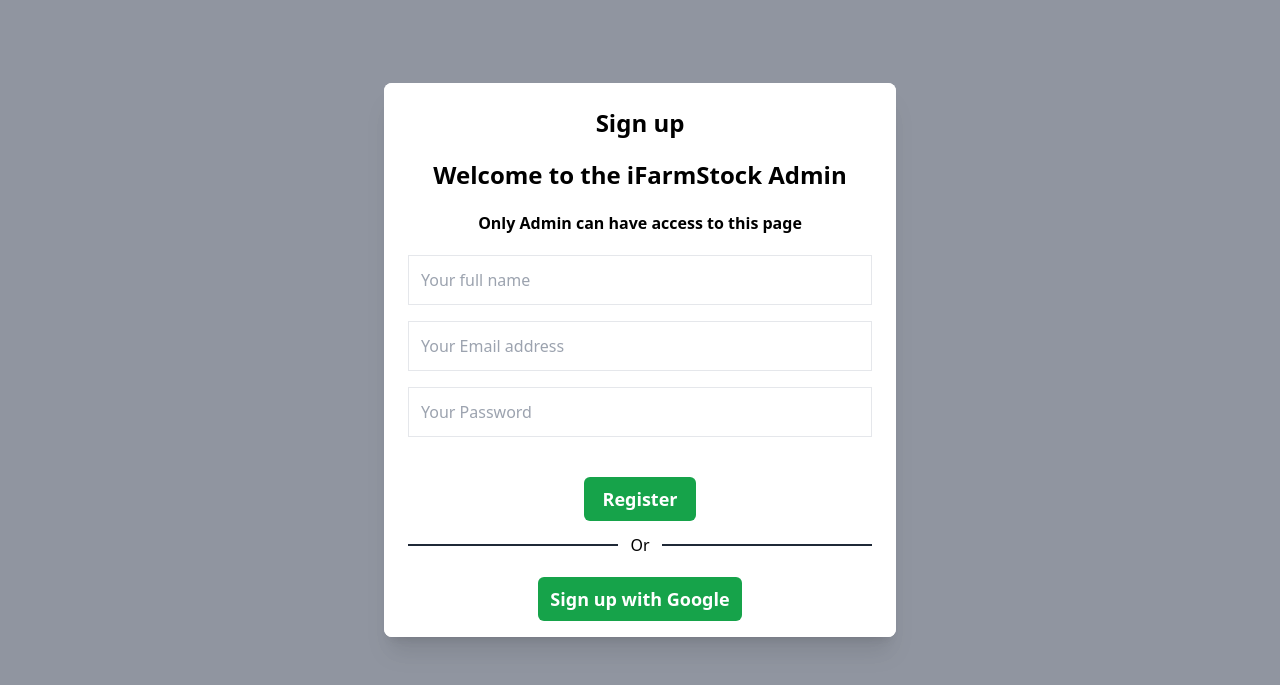
Repository: IssaMuiz/ifarmstock-admin
Page: /signup
An editor plug-in stored every save of this project. The page is shown before and after a run of saves, followed by the edit.
The browser window is 1280 px wide. The pictures show the whole page.
The project was rebuilt for these pictures with package versions that can differ from the ones it lists, and the page was loaded fresh each time. The framework's server and built-in components were replaced by stand-ins that run in the browser. Also part of the build but not shown: next.config.mjs, components/spinner.tsx.

Above is the page before, as saved 2024-09-28 04:34:07.

### app/layout.tsx
import type { Metadata } from "next";
import localFont from "next/font/local";
import "./globals.css";
import ClientSessionProvider from "../components/clientSessionProvider";


const geistSans = localFont({
  src: "./fonts/GeistVF.woff",
  variable: "--font-geist-sans",
  weight: "100 900",
});
const geistMono = localFont({
  src: "./fonts/GeistMonoVF.woff",
  variable: "--font-geist-mono",
  weight: "100 900",
});

export const metadata: Metadata = {
  title: "iFarmStock-admin",
  description: "Generated by create next app",
};

export default function RootLayout({
  children,
}: Readonly<{
  children: React.ReactNode;
}>) {
  return (
    <html lang="en">
      <body
        className={`${geistSans.variable} ${geistMono.variable} antialiased`}
      >
        <ClientSessionProvider>{children}</ClientSessionProvider>
      </body>
    </html>
  );
}

### app/signup/page.tsx
/* eslint-disable @typescript-eslint/no-explicit-any */
"use client";
import { signIn } from "next-auth/react";

import { useState } from "react";
import axios from "axios";
import { useRouter } from "next/navigation";
import Spinner from "@/components/spinner";

const Signup = () => {
  const [loading, setLoading] = useState(false);
  const [error, setError] = useState("");
  const [user, setUser] = useState({
    name: "",
    email: "",
    password: "",
  });
  const router = useRouter();

  const handleInputChange = (e: any) => {
    const { name, value } = e.target;
    setError("");
    return setUser((prevInfo) => ({ ...prevInfo, [name]: value }));
  };

  const handleSubmit = async (e: any) => {
    e.preventDefault();
    setLoading(true);
    console.log(user);

    try {
      if (!user.name || !user.email || !user.password) {
        setError("Please fill the required fields");
        return;
      }

      const emailRegex = /^([a-zA-Z0-9._%-]+@[a-zA-Z0-9.-]+\.[a-zA-Z]{2,})$/;
      if (!emailRegex.test(user.email)) {
        setError("Invalid email id");
        return;
      }

      const res = await axios.post("/api/register", user);
      console.log(res.data);

      if (res.status == 200 || res.status == 201) {
        console.log("user added successfuly");
        setError("");
        router.push("/");
      }
    } catch (error: any) {
      console.log(error.response ? error.response.data : error.message);

      setError(error.response.data.error);
    } finally {
      setLoading(false);
      setUser({
        name: "",
        email: "",
        password: "",
      });
    }
  };
  return (
    <main>
      <div
        className="relative z-10"
        aria-labelledby="modal-title"
        role="dialog"
        aria-modal="true"
      >
        <div
          className="fixed inset-0 bg-gray-500 bg-opacity-75 transition-opacity"
          aria-hidden="true"
        ></div>

        <div className="fixed inset-0 z-10 w-screen overflow-y-auto">
          <div className="flex min-h-full items-center justify-center p-4 text-center sm:items-center sm:p-0">
            <div className="relative transform overflow-hidden rounded-lg bg-white text-left shadow-xl transition-all sm:my-8 sm:w-full sm:max-w-lg">
              <div className="bg-white px-4 pb-4 pt-5 sm:p-6 sm:pb-4 flex flex-col ">
                <h1 className="text-2xl font-bold mb-5 text-center">Sign up</h1>
                <h1 className="text-2xl font-bold mb-5 text-center">
                  Welcome to the iFarmStock Admin
                </h1>
                <p className="text-md font-semibold mb-5 text-center">
                  Only Admin can have access to this page
                </p>

                <form
                  className="flex flex-col gap-4"
                  onSubmit={handleSubmit}
                  action=""
                >
                  <input
                    className="border p-3 w-full"
                    name="name"
                    value={user.name}
                    onChange={handleInputChange}
                    type="text"
                    placeholder="Your full name"
                  />
                  <input
                    className="border p-3 w-full"
                    onChange={handleInputChange}
                    name="email"
                    value={user.email}
                    type="email"
                    placeholder="Your Email address"
                  />
                  <input
                    className="border p-3 w-full"
                    onChange={handleInputChange}
                    name="password"
                    value={user.password}
                    type={"password"}
                    placeholder="Your Password"
                  />
                  <div className="text-center">
                    {error && <p className="text-red-500"> {error}</p>}
                  </div>
                  <div className="mx-auto">
                    <button
                      type="submit"
                      className="bg-green-600 w-28 h-11 text-white text-lg rounded-md font-semibold mt-2 hover:bg-green-700"
                    >
                      {loading ? <Spinner /> : "Register"}
                    </button>
                  </div>
                </form>
                <div className="flex justify-center items-center w-full gap-3 py-3">
                  <hr className="border border-gray-800 w-full"></hr>
                  <div className="">Or</div>
                  <hr className="border border-gray-800 w-full"></hr>
                </div>
                <button
                  onClick={() => signIn("google")}
                  className="bg-green-600 w-max p-2 text-white text-lg rounded-md font-semibold mx-auto mt-2 hover:bg-green-700 px-3 hover:shadow-lg"
                >
                  Sign up with Google
                </button>
              </div>
            </div>
          </div>
        </div>
      </div>
    </main>
  );
};

export default Signup;

### components/clientSessionProvider.tsx
"use client";

import { SessionProvider } from "next-auth/react";
import { ReactNode } from "react";

export default function ClientSessionProvider({
  children,
}: {
  children: ReactNode;
}) {
  return <SessionProvider>{children}</SessionProvider>;
}

Loaded but not shown: app/globals.css (common file); tailwind.config.ts (common file)

After the next 3 saves:
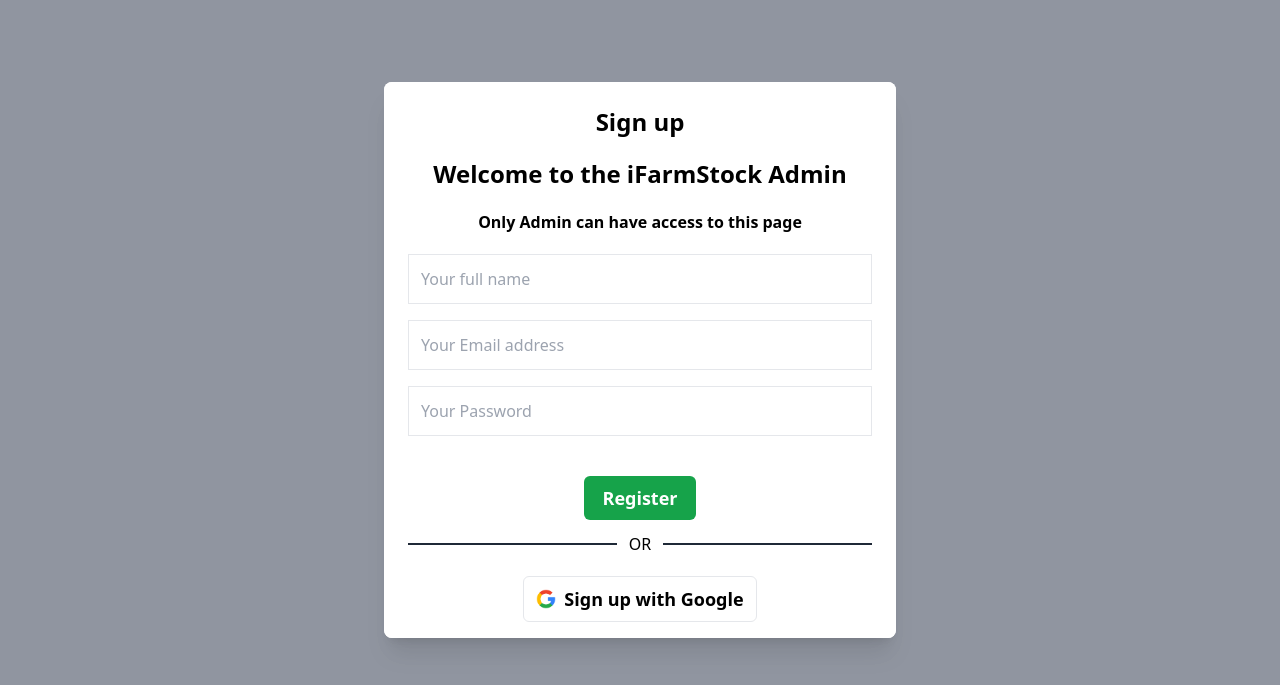
The 3 saves are shown as one change because 2 did not build or start.
The last was saved 9 min 24 s later.
--- a/app/signup/page.tsx
+++ b/app/signup/page.tsx
@@ -1,7 +1,7 @@
 /* eslint-disable @typescript-eslint/no-explicit-any */
 "use client";
 import { signIn } from "next-auth/react";
-
+import Image from 'next/image'
 import { useState } from "react";
 import axios from "axios";
 import { useRouter } from "next/navigation";
@@ -129,15 +129,21 @@
                 </form>
                 <div className="flex justify-center items-center w-full gap-3 py-3">
                   <hr className="border border-gray-800 w-full"></hr>
-                  <div className="">Or</div>
+                  <div className="">OR</div>
                   <hr className="border border-gray-800 w-full"></hr>
                 </div>
-                <button
+                <div
                   onClick={() => signIn("google")}
-                  className="bg-green-600 w-max p-2 text-white text-lg rounded-md font-semibold mx-auto mt-2 hover:bg-green-700 px-3 hover:shadow-lg"
+                  className=" w-max p-2 text-black border text-lg rounded-md cursor-pointer flex gap-2 items-center font-semibold mx-auto mt-2 hover:bg-green-500 hover:text-white  px-3 hover:shadow-lg"
                 >
-                  Sign up with Google
-                </button>
+                  <Image
+                    src="/assets/images/google-image.png"
+                    alt="google-image"
+                    height={20}
+                    width={20}
+                  />
+                  <span>Sign up with Google</span>
+                </div>
               </div>
             </div>
           </div>
